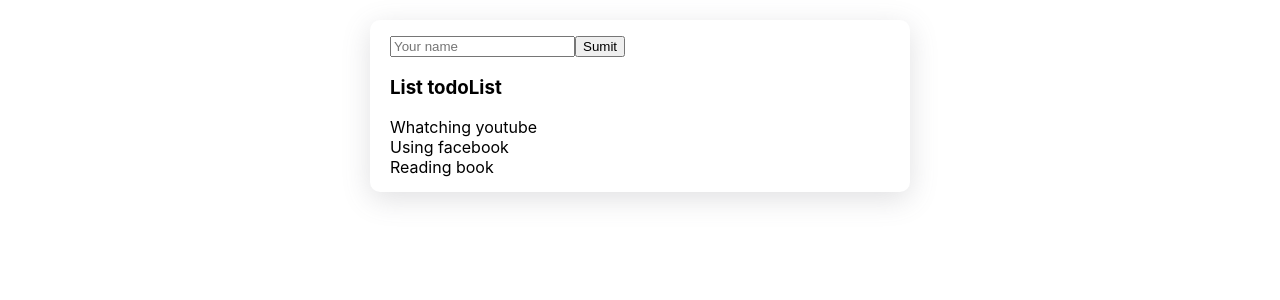
Repository: hoang0508/ReactJsHoiDanIT
Page: /
An editor plug-in stored every save of this project. The page is shown before and after the next save, followed by the edit.
The browser window is 1280 px wide. The pictures show the whole page.
The project was rebuilt for these pictures with package versions that can differ from the ones it lists, and the page was loaded fresh each time. Also part of the build but not shown: src/App.css.

Above is the page before, as saved 2022-02-04 16:15:26.

After the next save:
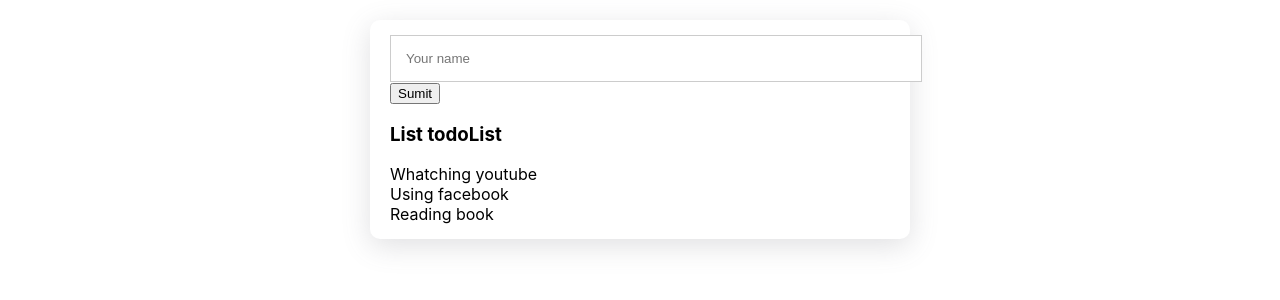
Saved 41 s later.
--- a/src/components/TodoApp/TodoList.scss
+++ b/src/components/TodoApp/TodoList.scss
@@ -6,4 +6,9 @@
   background-color: #fff;
   box-shadow: rgba(100, 100, 111, 0.2) 0px 7px 29px 0px;
   border-radius: 10px;
+  &-input {
+    width: 100%;
+    border: 1px solid #ccc;
+    padding: 15px;
+  }
 }
